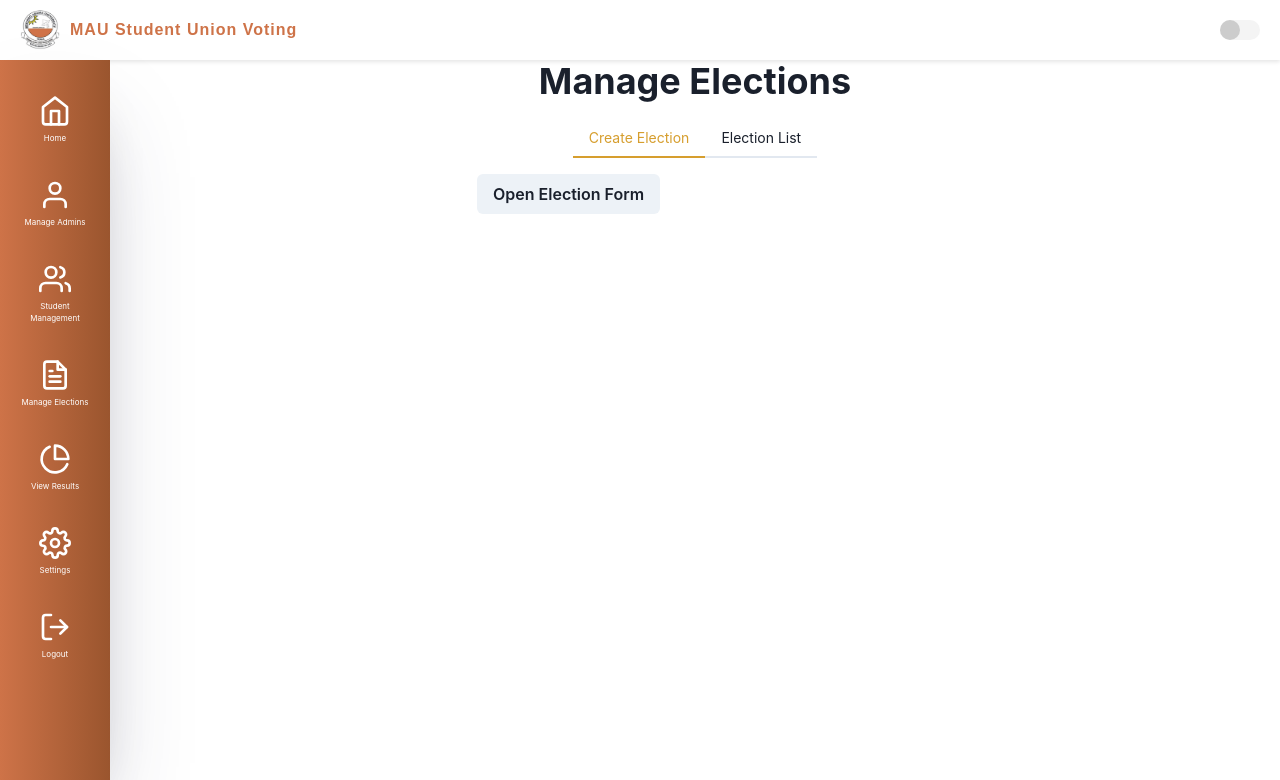
Repository: joena1o/e-vote
Page: /admin-dashboard/manage-elections
The author's editor kept a copy of each file at every save. The page is drawn from the files as they stood at one save, then again after the next save.
The browser window is 1280 px wide. The pictures show the whole page.
The project was rebuilt for these pictures with package versions that can differ from the ones it lists, and the page was loaded fresh each time. Also part of the build but not shown: src/components/EnhancedLogin.js, src/components/maincontent/RegisterStudents/ManageStudents.js, src/components/maincontent/RegisterStudents/RegisterStudents.js, src/components/maincontent/RegisterStudents/StudentManagement.js, src/components/maincontent/ElectionResults/ViewResults.js, src/components/maincontent/Settings/Settings.js, src/api/index.js, src/components/maincontent/home/Home.styles.js and 15 more.

Above is the page before, as saved 2023-10-26 09:42:31.

### src/index.js
import React from 'react';
import ReactDOM from 'react-dom/client';
import './index.css';
import App from './App';
import reportWebVitals from './reportWebVitals';
import Modal from 'react-modal';

// Set the app element for the modal for accessibility purposes
Modal.setAppElement('#root');

const root = ReactDOM.createRoot(document.getElementById('root'));
root.render(
  <React.StrictMode>
    <App />
  </React.StrictMode>
);

// If you want to start measuring performance in your app, pass a function
// to log results (for example: reportWebVitals(console.log))
// or send to an analytics endpoint. Learn more: https://bit.ly/CRA-vitals
reportWebVitals();

### src/App.js
import React from 'react';
import { BrowserRouter as Router, Routes, Route, Navigate } from 'react-router-dom';
import EnhancedLogin from './components/EnhancedLogin';
import AdminDashboard from './components/AdminDashboard';
import StudentDashboard from './components/StudentDashboard';
import { ChakraProvider, ColorModeProvider, Button, useColorMode } from '@chakra-ui/react';
import { Provider } from 'react-redux';
import store from './Redux/store';
import ElectionCommitteeDashboard from './components/maincontent/ElectionCommitteeDashboard';

// Component to toggle dark mode
function DarkModeToggle() {
  const { colorMode, toggleColorMode } = useColorMode();
  return (
    <Button onClick={toggleColorMode} position="fixed" m={4} zIndex={10}>
      Toggle {colorMode === 'light' ? 'Dark' : 'Light'}
    </Button>
  );
}

function App() {
  // Check if the current route is not the "/login" route, then render the DarkModeToggle
  // const isLoginPage = window.location.pathname === '/login';

  return (
    <Provider store={store}>
      <ChakraProvider>
        <ColorModeProvider options={{ useSystemColorMode: true }}>
          <Router>
            <Routes>
              {/* Define your routes */}
              <Route path="/login" element={<EnhancedLogin />} />
              <Route path="/admin-dashboard/*" element={<AdminDashboard />} />
              <Route path="/ElectionCommittee-dashboard/*" element={<ElectionCommitteeDashboard />} />
              <Route path='/student-dashboard/*' element={<StudentDashboard />} />
              {/* Redirect root to /admin-dashboard */}
              <Route path="/" element={<Navigate to="/admin-dashboard" replace />} />
            </Routes>
          </Router>
          {/* Render DarkModeToggle only if not on the "/login" page */}
          {/* {!isLoginPage && <DarkModeToggle />} */}
        </ColorModeProvider>
      </ChakraProvider>
    </Provider>
  );
}

export default App;

### src/components/AdminDashboard.js
// AdminDashboard.js
import React from 'react';
import { Routes, Route } from 'react-router-dom';
import StudentManagement from './maincontent/RegisterStudents/StudentManagement';
import ViewResults from './maincontent/ElectionResults/ViewResults';
import Settings from './maincontent/Settings/Settings';
import Home from './maincontent/home/Home';
import ManageAdmin from './maincontent/ManageAdmins/ManageAdmins';
import ManageElections from './maincontent/ManageElections/ManageElections';
import Sidebar from './Sidebar';
import Navbar from './Navbar';
import styled from 'styled-components';

const Container = styled.div`
  display: flex;
  flex-direction: column;
  /* Add the following line to ensure Container fills the screen height */
  height: 100vh;
  width: 100%; /* Use 100% to fill the entire width of the screen */
`;


const Content = styled.div`
  display: flex;
  /* Add the following line to ensure Content fills the remaining screen space */
  flex: 1;
`;

const AdminDashboard = () => {
  return (
    <Container>
      <Navbar />
      <Content>
        <Sidebar />
        <Routes>
          <Route index element={<Home />} />
          <Route path="student-management" element={<StudentManagement />} />
          <Route path="view-results" element={<ViewResults />} />
          <Route path="settings" element={<Settings />} />
          <Route path="manage-admin" element={<ManageAdmin />} />
          <Route path="manage-elections" element={<ManageElections />} />
        </Routes>
      </Content>
    </Container>
  );
};

export default AdminDashboard;

### src/Redux/store.js
import { configureStore } from '@reduxjs/toolkit';
import electionReducer from './electionSlice';
import studentsReducer from './studentsSlice';
import candidatesReducer from './CandidateSlice'; // Import the candidates reducer

const store = configureStore({
  reducer: {
    elections: electionReducer,
    students: studentsReducer,
    candidates: candidatesReducer, // Add the candidates reducer here
  },
});

export default store;

### src/components/maincontent/ManageElections/ManageElections.js
import React, { useState } from 'react';
import { Tabs, TabList, TabPanels, Tab, TabPanel, Box, Flex, Heading } from '@chakra-ui/react';
import CreateElections from './CreateElection';
import ElectionList from './ElectionList';

const ManageElections = () => {
  const [activeTab, setActiveTab] = useState(0);

  const handleTabChange = (index) => {
    setActiveTab(index);
  };

  return (
    <Flex direction="column" align="center" w="100%" h="100%">
      <Heading mb={4}>Manage Elections</Heading>
      <Box w="40%" maxW="500px">
        <Tabs index={activeTab} onChange={handleTabChange} isLazy>
          <Flex justifyContent="center" w="100%">
            <TabList display="inline-flex">
              <Tab fontSize="sm" px={4} py={2} _selected={{ borderBottom: '2px solid', borderColor: 'yellow.500', color: 'yellow.500' }}>
                Create Election
              </Tab>
              <Tab fontSize="sm" px={4} py={2} _selected={{ borderBottom: '2px solid', borderColor: 'yellow.500', color: 'yellow.500' }}>
                Election List
              </Tab>
            </TabList>
          </Flex>
          <TabPanels>
            <TabPanel>
              <CreateElections />
            </TabPanel>
            <TabPanel>
              <ElectionList />
            </TabPanel>
          </TabPanels>
        </Tabs>
      </Box>
    </Flex>
  );
};

export default ManageElections;

### src/components/Navbar.js
import React from 'react';
import styled, { createGlobalStyle } from 'styled-components';
import logo from '../assets/school_logo.jpg';
import { useColorMode } from '@chakra-ui/react';

const GlobalStyle = createGlobalStyle`
  body {
    background-color: ${props => (props.theme === 'dark' ? '#333' : '#fff')};
    color: ${props => (props.theme === 'dark' ? '#fff' : '#000')}; // Set other component texts to black in light mode
  }
`;

const Header = styled.header`
  background: ${props => (props.theme === 'dark' ? '#333' : '#fff')};
  color: ${props => (props.theme === 'dark' ? '#fff' : '#ce7348')}; // Set navbar text to brown in light mode
  padding: 10px 20px;
  display: flex;
  align-items: center;
  justify-content: flex-start;
  box-shadow: 0px 2px 4px rgba(0, 0, 0, 0.1);
  font-family: 'Poppins', sans-serif;
`;


const Logo = styled.img`
  width: 40px;
  height: 40px;
  border-radius: 20px;
  margin-right: 10px;
`;

const Title = styled.h1`
  margin: 0;
  padding: 0;
  font-size: 1rem;
  font-weight: 600;
  letter-spacing: 1px;
`;

const ToggleSlider = styled.label`
  display: flex;
  align-items: center;
  cursor: pointer;
  margin-left: auto;
`;

const SliderInput = styled.input.attrs({ type: 'checkbox' })`
  display: none;
`;

const Slider = styled.div`
  width: 40px;
  height: 20px;
  background-color: ${props => (props.theme === 'dark' ? '#333' : '#f4f4f4')};
  border-radius: 20px;
  position: relative;
  transition: background-color 0.3s ease;
  cursor: pointer;

  &::after {
    content: '';
    width: 20px;
    height: 20px;
    border-radius: 50%;
    background-color: ${props => (props.theme === 'dark' ? '#fff' : '#ccc')};
    position: absolute;
    top: 50%;
    transform: translateY(-50%);
    left: ${props => (props.theme === 'dark' ? '20px' : '0')};
    transition: left 0.3s ease;
  }
`;

function Navbar() {
  const { colorMode, toggleColorMode } = useColorMode();

  return (
    <>
      <GlobalStyle theme={colorMode} />
      <Header theme={colorMode}>
        <Logo src={logo} alt="University Logo" />
        <Title>MAU Student Union Voting</Title>
        <ToggleSlider>
          <SliderInput type="checkbox" onChange={toggleColorMode} />
          <Slider theme={colorMode} />
        </ToggleSlider>
      </Header>
    </>
  );
}

export default Navbar;

### src/Redux/electionSlice.js
/*import { createSlice, createAsyncThunk } from '@reduxjs/toolkit';
import { API, graphqlOperation } from 'aws-amplify';
import { createElection as createElectionAPI } from '../graphql/mutations';

export const createElection = createAsyncThunk(
  'elections/createElection',
  async (election, { rejectWithValue }) => {
    try {
      const result = await API.graphql(graphqlOperation(createElectionAPI, { input: election }));
      return result.data.createElection;
    } catch (error) {
      return rejectWithValue(error);
    }
  }
);

const electionSlice = createSlice({
  name: 'elections',
  initialState: [],
  reducers: {},
  extraReducers: (builder) => {
    builder.addCase(createElection.fulfilled, (state, action) => {
      state.push(action.payload);
    });
  },
});

export default electionSlice.reducer;
*/

### src/Redux/studentsSlice.js
import { createSlice } from '@reduxjs/toolkit';

export const studentsSlice = createSlice({
  name: 'students',
  initialState: [],
  reducers: {
    addStudents: (state, action) => {
      // Add students to the Redux store
      action.payload.forEach(student => {
        state.push(student);
      });
    },
  },
});

export const { addStudents } = studentsSlice.actions;

export default studentsSlice.reducer;

### src/Redux/CandidateSlice.js

import { createSlice } from '@reduxjs/toolkit';

export const candidatesSlice = createSlice({
  name: 'candidates',
  initialState: [],
  reducers: {
    setCandidates: (state, action) => {
      return action.payload;
    },
  },
});

export const { setCandidates } = candidatesSlice.actions;
export default candidatesSlice.reducer;

### src/components/maincontent/ManageElections/CreateElection.js
import React, { useState } from 'react';
import { useFormik } from 'formik';
import * as Yup from 'yup';
import {
  Button,
  Modal,
  ModalOverlay,
  ModalContent,
  ModalHeader,
  ModalFooter,
  ModalBody,
  ModalCloseButton,
  Input,
  FormControl,
  FormLabel,
  useColorMode,
  Box,
  VStack,
  Flex,
  Text,
  Icon,
  chakra
} from '@chakra-ui/react';
import { FiCalendar, FiUsers, FiFileText, FiUserCheck, FiClipboard, FiType } from 'react-icons/fi';

const CreateElection = () => {
  const [electionType, setElectionType] = useState('');
  const [modalIsOpen, setModalIsOpen] = useState(false);
  const { colorMode } = useColorMode();

  const formik = useFormik({
    initialValues: {
      electionTitle: '',
      electionType: '',
      name: '',
      startDate: '',
      position: '',
      committeeMembers: [],
    },
    validationSchema: Yup.object({
      electionTitle: Yup.string().required('Required'),
      electionType: Yup.string().required('Required'),
      startDate: Yup.date().required('Required'),
      position: Yup.string().required('Required'),
    }),
    onSubmit: async (values) => {
      // TODO: Your logic to add the election using AWS Amplify or other methods
      // For demonstration, I'll just show the modal
      setModalIsOpen(true);
    },
  });

  const electionTypeOptions = [
    { value: 'general', label: 'General' },
    { value: 'faculty', label: 'Faculty' },
    { value: 'department', label: 'Department' }
  ];

  const students = [
    { value: 'Pascal@example.com', label: 'Prisca Ahmadu' },
    { value: 'Prisca@example.com', label: 'Paul Ahmadu' },
  ];

  return (
    <>
      <Button onClick={() => setModalIsOpen(true)}>Open Election Form</Button>

      <Modal isOpen={modalIsOpen} onClose={() => setModalIsOpen(false)} size="xl">
        <ModalOverlay />
        <ModalContent>
          <ModalHeader>Create Election</ModalHeader>
          <ModalCloseButton />
          <ModalBody as="form" onSubmit={formik.handleSubmit}>
            <VStack spacing={4}>

              <Flex justify="space-between" width="100%">
                <FormControl id="electionTitle" width="48%">
                  <FormLabel><Icon as={FiType} /> Title:</FormLabel>
                  <Input
                    name="electionTitle"
                    type="text"
                    placeholder="Enter Election Title"
                    onChange={formik.handleChange}
                    value={formik.values.electionTitle}
                  />
                  {formik.errors.electionTitle && <Text color="red.500">{formik.errors.electionTitle}</Text>}
                </FormControl>

                <FormControl id="electionType" width="48%">
                  <FormLabel><Icon as={FiFileText} /> Type:</FormLabel>
                  <Box width="100%">
                    <chakra.select
                      name="electionType"
                      onChange={(e) => {
                        formik.setFieldValue("electionType", e.target.value);
                        setElectionType(e.target.value);
                      }}
                      value={formik.values.electionType}
                      placeholder="Select Type"
                    >
                      {electionTypeOptions.map(option => (
                        <option key={option.value} value={option.value}>
                          {option.label}
                        </option>
                      ))}
                    </chakra.select>
                  </Box>
                  {formik.errors.electionType && <Text color="red.500">{formik.errors.electionType}</Text>}
                </FormControl>
              </Flex>

              {(electionType === 'faculty' || electionType === 'department') && (
                <FormControl id="name">
                  <FormLabel><Icon as={FiClipboard} /> {electionType.charAt(0).toUpperCase() + electionType.slice(1)} Name:</FormLabel>
                  <Input
                    name="name"
                    type="text"
                    onChange={formik.handleChange}
                    value={formik.values.name}
                  />
                  {formik.errors.name && <Text color="red.500">{formik.errors.name}</Text>}
                </FormControl>
              )}

              <Flex justify="space-between" width="100%">
                <FormControl id="startDate" width="48%">
                  <FormLabel><Icon as={FiCalendar} /> Start Date:</FormLabel>
                  <Input
                    name="startDate"
                    type="date"
                    onChange={formik.handleChange}
                    value={formik.values.startDate}
                  />
                  {formik.errors.startDate && <Text color="red.500">{formik.errors.startDate}</Text>}
                </FormControl>

                <FormControl id="position" width="48%">
                  <FormLabel><Icon as={FiUsers} /> Position:</FormLabel>
                  <Input
                    name="position"
                    type="text"
                    placeholder="Enter Position"
                    onChange={formik.handleChange}
                    value={formik.values.position}
                  />
                  {formik.errors.position && <Text color="red.500">{formik.errors.position}</Text>}
                </FormControl>
              </Flex>

              <FormControl id="committeeMembers">
                <FormLabel><Icon as={FiUserCheck} /> Committee Members:</FormLabel>
                <Box width="100%">
                  <chakra.select
                    multiple
                    name="committeeMembers"
                    onChange={(e) => {
                      const selectedOptions = Array.from(e.target.selectedOptions).map(option => option.value);
                      formik.setFieldValue("committeeMembers", selectedOptions);
                    }}
                    value={formik.values.committeeMembers}
                  >
                    {students.map(student => (
                      <option key={student.value} value={student.value}>
                        {student.label}
                      </option>
                    ))}
                  </chakra.select>
                </Box>
              </FormControl>

            </VStack>
          </ModalBody>
          <ModalFooter>
            <Button type="submit" colorScheme="blue" mr={3}>
              Create Election
            </Button>
            <Button variant="ghost" onClick={() => setModalIsOpen(false)}>
              Cancel
            </Button>
          </ModalFooter>
        </ModalContent>
      </Modal>
    </>
  );
};

export default CreateElection;

Loaded but not shown: public/index.html (common file); src/index.css (common file); src/reportWebVitals.js (common file); src/components/Sidebar.js (130 lines, source omitted)

After the next save:
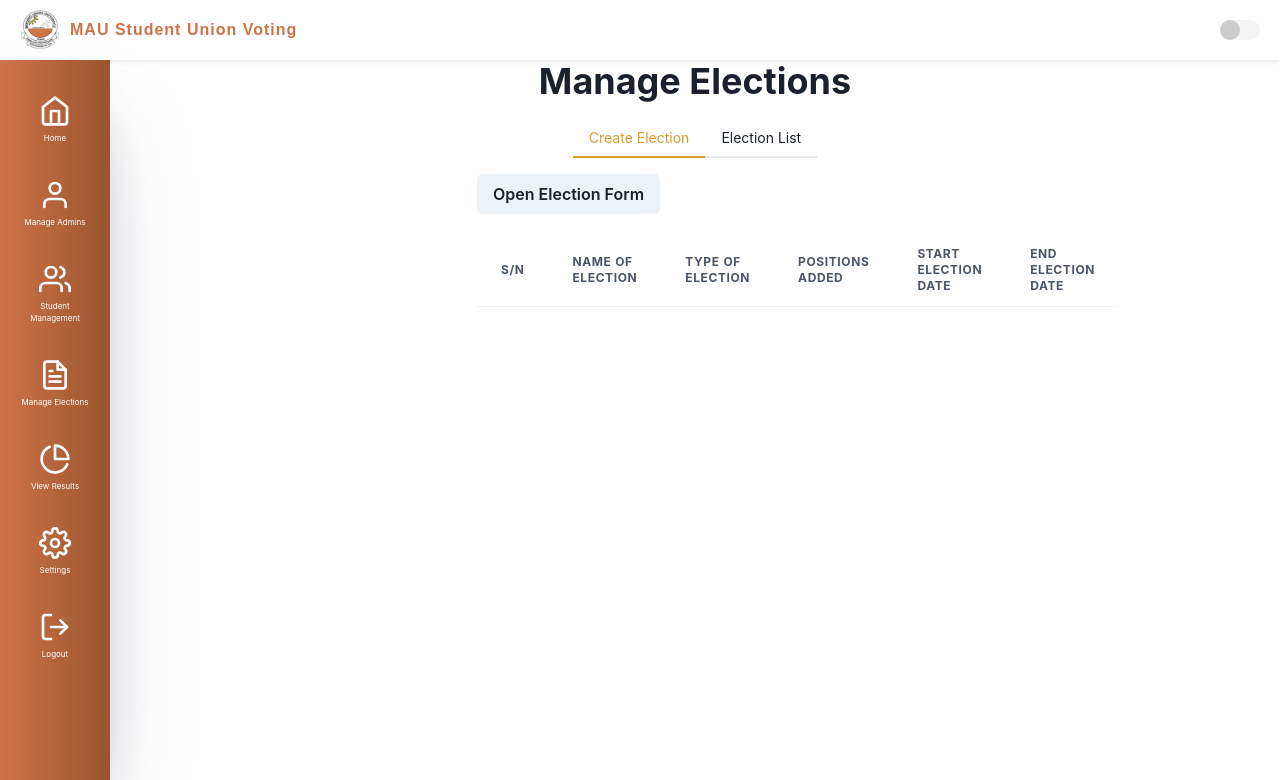
Saved 10 min 56 s later.
--- a/src/components/maincontent/ManageElections/CreateElection.js
+++ b/src/components/maincontent/ManageElections/CreateElection.js
@@ -1,4 +1,5 @@
 import React, { useState } from 'react';
+import Select from 'react-select';
 import { useFormik } from 'formik';
 import * as Yup from 'yup';
 import {
@@ -15,17 +16,22 @@ import {
   FormLabel,
   useColorMode,
   Box,
+  Table,
+  Thead,
+  Tbody,
+  Tr,
+  Th,
+  Td,
   VStack,
   Flex,
-  Text,
-  Icon,
-  chakra
+  Text
 } from '@chakra-ui/react';
 import { FiCalendar, FiUsers, FiFileText, FiUserCheck, FiClipboard, FiType } from 'react-icons/fi';
 
 const CreateElection = () => {
   const [electionType, setElectionType] = useState('');
   const [modalIsOpen, setModalIsOpen] = useState(false);
+  const [elections, setElections] = useState([]);
   const { colorMode } = useColorMode();
 
   const formik = useFormik({
@@ -36,17 +42,18 @@ const CreateElection = () => {
       startDate: '',
       position: '',
       committeeMembers: [],
+      endDate: '', // Added this field for end date
     },
     validationSchema: Yup.object({
       electionTitle: Yup.string().required('Required'),
       electionType: Yup.string().required('Required'),
       startDate: Yup.date().required('Required'),
       position: Yup.string().required('Required'),
+      endDate: Yup.date().required('Required'), // Validation for end date
     }),
     onSubmit: async (values) => {
-      // TODO: Your logic to add the election using AWS Amplify or other methods
-      // For demonstration, I'll just show the modal
       setModalIsOpen(true);
+      setElections([...elections, values]);
     },
   });
 
@@ -65,6 +72,31 @@ const CreateElection = () => {
     <>
       <Button onClick={() => setModalIsOpen(true)}>Open Election Form</Button>
 
+      <Table variant="simple" mt={5}>
+        <Thead>
+          <Tr>
+            <Th>S/N</Th>
+            <Th>Name of Election</Th>
+            <Th>Type of Election</Th>
+            <Th>Positions Added</Th>
+            <Th>Start Election Date</Th>
+            <Th>End Election Date</Th>
+          </Tr>
+        </Thead>
+        <Tbody>
+          {elections.map((election, index) => (
+            <Tr key={index}>
+              <Td>{index + 1}</Td>
+              <Td>{election.electionTitle}</Td>
+              <Td>{election.electionType}</Td>
+              <Td>{election.position}</Td>
+              <Td>{election.startDate}</Td>
+              <Td>{election.endDate}</Td>
+            </Tr>
+          ))}
+        </Tbody>
+      </Table>
+
       <Modal isOpen={modalIsOpen} onClose={() => setModalIsOpen(false)} size="xl">
         <ModalOverlay />
         <ModalContent>
@@ -72,102 +104,7 @@ const CreateElection = () => {
           <ModalCloseButton />
           <ModalBody as="form" onSubmit={formik.handleSubmit}>
             <VStack spacing={4}>
-
-              <Flex justify="space-between" width="100%">
-                <FormControl id="electionTitle" width="48%">
-                  <FormLabel><Icon as={FiType} /> Title:</FormLabel>
-                  <Input
-                    name="electionTitle"
-                    type="text"
-                    placeholder="Enter Election Title"
-                    onChange={formik.handleChange}
-                    value={formik.values.electionTitle}
-                  />
-                  {formik.errors.electionTitle && <Text color="red.500">{formik.errors.electionTitle}</Text>}
-                </FormControl>
-
-                <FormControl id="electionType" width="48%">
-                  <FormLabel><Icon as={FiFileText} /> Type:</FormLabel>
-                  <Box width="100%">
-                    <chakra.select
-                      name="electionType"
-                      onChange={(e) => {
-                        formik.setFieldValue("electionType", e.target.value);
-                        setElectionType(e.target.value);
-                      }}
-                      value={formik.values.electionType}
-                      placeholder="Select Type"
-                    >
-                      {electionTypeOptions.map(option => (
-                        <option key={option.value} value={option.value}>
-                          {option.label}
-                        </option>
-                      ))}
-                    </chakra.select>
-                  </Box>
-                  {formik.errors.electionType && <Text color="red.500">{formik.errors.electionType}</Text>}
-                </FormControl>
-              </Flex>
-
-              {(electionType === 'faculty' || electionType === 'department') && (
-                <FormControl id="name">
-                  <FormLabel><Icon as={FiClipboard} /> {electionType.charAt(0).toUpperCase() + electionType.slice(1)} Name:</FormLabel>
-                  <Input
-                    name="name"
-                    type="text"
-                    onChange={formik.handleChange}
-                    value={formik.values.name}
-                  />
-                  {formik.errors.name && <Text color="red.500">{formik.errors.name}</Text>}
-                </FormControl>
-              )}
-
-              <Flex justify="space-between" width="100%">
-                <FormControl id="startDate" width="48%">
-                  <FormLabel><Icon as={FiCalendar} /> Start Date:</FormLabel>
-                  <Input
-                    name="startDate"
-                    type="date"
-                    onChange={formik.handleChange}
-                    value={formik.values.startDate}
-                  />
-                  {formik.errors.startDate && <Text color="red.500">{formik.errors.startDate}</Text>}
-                </FormControl>
-
-                <FormControl id="position" width="48%">
-                  <FormLabel><Icon as={FiUsers} /> Position:</FormLabel>
-                  <Input
-                    name="position"
-                    type="text"
-                    placeholder="Enter Position"
-                    onChange={formik.handleChange}
-                    value={formik.values.position}
-                  />
-                  {formik.errors.position && <Text color="red.500">{formik.errors.position}</Text>}
-                </FormControl>
-              </Flex>
-
-              <FormControl id="committeeMembers">
-                <FormLabel><Icon as={FiUserCheck} /> Committee Members:</FormLabel>
-                <Box width="100%">
-                  <chakra.select
-                    multiple
-                    name="committeeMembers"
-                    onChange={(e) => {
-                      const selectedOptions = Array.from(e.target.selectedOptions).map(option => option.value);
-                      formik.setFieldValue("committeeMembers", selectedOptions);
-                    }}
-                    value={formik.values.committeeMembers}
-                  >
-                    {students.map(student => (
-                      <option key={student.value} value={student.value}>
-                        {student.label}
-                      </option>
-                    ))}
-                  </chakra.select>
-                </Box>
-              </FormControl>
-
+              {/* ... rest of your form fields ... */}
             </VStack>
           </ModalBody>
           <ModalFooter>
